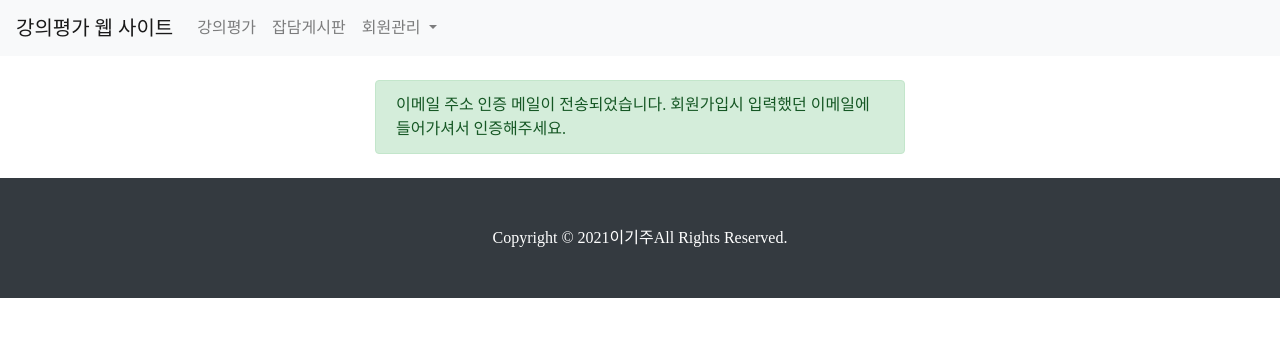
Repository: lkjjjang/hycu
Page: http://localhost/hycujjang/emailSendAction.jsp
The author's editor kept a copy of each file at every save. The page is drawn from the files as they stood at one save, then again after the next save.
The browser window is 1280 px wide. The pictures show the whole page.
Some web fonts or font styles are not loaded; a fallback is used. The page is served by Tomcat 9. Nobody is signed in. The application's start-up code is not run. Other server files are loaded and not shown.

Above is the page before, as saved 2022-01-01 11:51:53.

### hycujjang/WebContent/emailSendAction.jsp
<%@ page language="java" contentType="text/html; charset=UTF-8" pageEncoding="UTF-8"%>

<!DOCTYPE html>
<html>
<head>
	<meta charset="UTF-8">
	<meta name="viewport" content="width=device-width, initial-scale=1, shrink-to-fit=no">
	<title>강의평가 웹 사이트</title>
	<!-- 부트스트랩 CSS 추가하기 -->
	<link rel="stylesheet"
			href="https://stackpath.bootstrapcdn.com/bootstrap/4.4.1/css/bootstrap.min.css"
			integrity="sha384-Vkoo8x4CGsO3+Hhxv8T/Q5PaXtkKtu6ug5TOeNV6gBiFeWPGFN9MuhOf23Q9Ifjh"
			crossorigin="anonymous">
	<!-- 커스텀 CSS 추가하기 -->
	<link rel="stylesheet" href="./css/custom.css">

</head>
<body>
	<nav class="navbar navbar-expand-lg navbar-light bg-light">
		<a class="navbar-brand">강의평가 웹 사이트</a>
		<button class="navbar-toggler" type="button" data-toggle="collapse" data-target="#navbar">
			<span class="navbar-toggler-icon"></span>
		</button>
		<div id="navbar" class="collapse navbar-collapse">
			<ul class="navbar-nav mr-auto">
				<li class="nav-item">
					<a class="nav-link">강의평가</a>
				</li>
				<li class="nav-item">
					<a class="nav-link">잡담게시판</a>
				</li>
				<li class="nav-item dropdown">
					<a class="nav-link dropdown-toggle" id="dropdown" data-toggle="dropdown" href="index.jsp">
						회원관리
					</a>
					<div class="dropdown-menu" aria-labelledby="dropdown">
						<a class="dropdown-item">로그인</a>
					</div>
				</li>
			</ul>
		</div>
	</nav>

	<section class="container mt-3" style="max-width: 560px;">
		<div class="alert alert-success mt-4" role="alert">
			이메일 주소 인증 메일이 전송되었습니다. 회원가입시 입력했던 이메일에 들어가셔서 인증해주세요.
		</div>
	</section>

	<footer class="bg-dark mt-4 p-5 text-center" style="color: #FFFFFF;">
		Copyright &copy; 2021이기주All Rights Reserved.
	</footer>
	<script src="https://code.jquery.com/jquery-3.4.1.slim.min.js"
			integrity="sha384-J6qa4849blE2+poT4WnyKhv5vZF5SrPo0iEjwBvKU7imGFAV0wwj1yYfoRSJoZ+n"
			crossorigin="anonymous">
	</script>
	<script src="https://cdn.jsdelivr.net/npm/popper.js@1.16.0/dist/umd/popper.min.js"
			integrity="sha384-Q6E9RHvbIyZFJoft+2mJbHaEWldlvI9IOYy5n3zV9zzTtmI3UksdQRVvoxMfooAo"
			crossorigin="anonymous">
	</script>
	<script src="https://maxcdn.bootstrapcdn.com/bootstrap/4.0.0/js/bootstrap.min.js"
			integrity="sha384-JZR6Spejh4U02d8jOt6vLEHfe/JQGiRRSQQxSfFWpi1MquVdAyjUar5+76PVCmYl"
			crossorigin="anonymous">
	</script>
</body>
</html>

### hycujjang/WebContent/css/custom.css
@import url(https://fonts.googleapis.com/earlyaccess/jejugothic.css);
@import url(https://fonts.googleapis.com/css2?family=Nanum+Gothic&display=swap);
.navbar-brand, h1, h2, h3, h4 {
	font-family: 'Jeju Gothic';
}
h5 {
	font-family: 'Jeju Gothic';
	font-size: 18px;
}
body {
	font-family: 'Nanum Gothic';
}

After the next save:
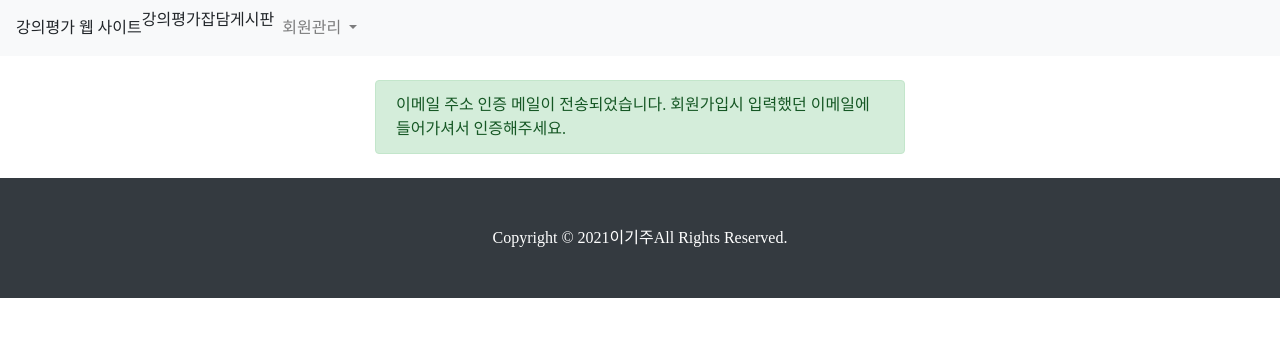
Saved 111 s later.
--- a/hycujjang/WebContent/emailSendAction.jsp
+++ b/hycujjang/WebContent/emailSendAction.jsp
@@ -17,20 +17,20 @@
 </head>
 <body>
 	<nav class="navbar navbar-expand-lg navbar-light bg-light">
-		<a class="navbar-brand">강의평가 웹 사이트</a>
+		강의평가 웹 사이트
 		<button class="navbar-toggler" type="button" data-toggle="collapse" data-target="#navbar">
 			<span class="navbar-toggler-icon"></span>
 		</button>
 		<div id="navbar" class="collapse navbar-collapse">
 			<ul class="navbar-nav mr-auto">
 				<li class="nav-item">
-					<a class="nav-link">강의평가</a>
+					강의평가
 				</li>
 				<li class="nav-item">
-					<a class="nav-link">잡담게시판</a>
+					잡담게시판
 				</li>
 				<li class="nav-item dropdown">
-					<a class="nav-link dropdown-toggle" id="dropdown" data-toggle="dropdown" href="index.jsp">
+					<a class="nav-link dropdown-toggle" id="dropdown" data-toggle="dropdown">
 						회원관리
 					</a>
 					<div class="dropdown-menu" aria-labelledby="dropdown">
